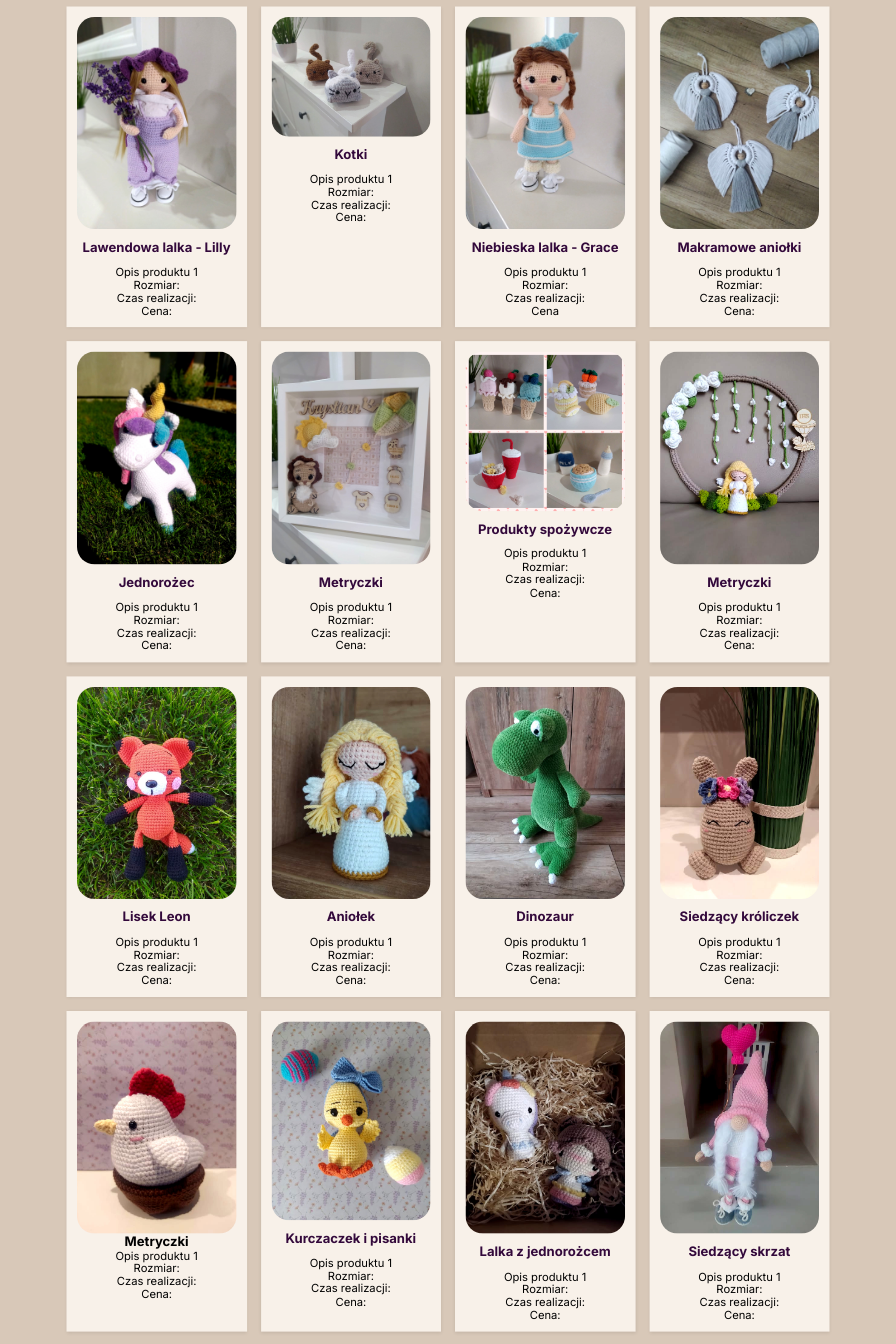
Repository: KlaudiaK0205/Craftoszet
Page: index.html
The author's editor kept a copy of each file at every save. The page is drawn from the files as they stood at one save, then again after the next save.
The browser window is 1280 px wide. The pictures show the part of the page from y = 2585 to 4505 px (the page is 6301 px tall), at 70% of full size.
Some web libraries are served in a nearby version. The style sheet was rebuilt from its Sass, Less or Tailwind sources for each picture, by a compiler version that may differ from the author's.

Above is the page before, as saved 2024-10-06 15:15:45.

### index.html
<!DOCTYPE html>
<html lang="en">
<head>
    <meta charset="UTF-8">
    <meta name="viewport" content="width=device-width, initial-scale=1.0">
    <title>Craftoszet</title>
    <!-- FAVICON -->
    <link rel="icon" href="./images/favicon.ico" type="image/x-icon">
    <link rel="icon" siezes="16x16" href="./images/favicon-16x16.png" type="image/png">
    <link rel="icon" siezes="32x32" href="./images/favicon-32x32.png" type="image/png">
    <!-- GOOGLE FONTS -->
    <link rel="preconnect" href="https://fonts.googleapis.com">
    <link rel="preconnect" href="https://fonts.gstatic.com" crossorigin>
    <link href="https://fonts.googleapis.com/css2?family=Inter:ital,opsz,wght@0,14..32,100..900;1,14..32,100..900&family=Sacramento&display=swap" rel="stylesheet">
    <!-- MODERN NORMALIZE -->
    <link rel="stylesheet" href="https://cdn.jsdelivr.net/npm/modern-normalize@3.0.1/modern-normalize.min.css">
    <!-- ANIMATE-->
    <link rel="stylesheet" href="https://cdnjs.cloudflare.com/ajax/libs/animate.css/4.1.1/animate.min.css"/>
    <!-- STYLES -->
    <link rel="stylesheet" href="./sass/main.css">
</head>
<body>
    <header>
        <div class="container">
            <div class="logo-box">
                <img class="logo-image" src="./images/logo.png" alt="a ball of wool">
            </div>
            <nav class="nav">
                <ul class="nav__list">
                    <li class="nav__list__item">
                        <a href="" class="nav__list__link">Home</a>
                    </li>
                    <li class="nav__list__item">
                        <a href="" class="nav__list__link">Czym się zajmuję?</a>
                    </li>
                    <li class="nav__list__item">
                        <a href="" class="nav__list__link">Jak zamówić?</a>
                    </li>
                    <li class="nav__list__item">
                        <a href="" class="nav__list__link">Moje projekty</a>
                    </li>
                </ul>
            </nav>

            <button class="orderBtn" type="button">Złóż zamówienie</button>
        </div>
    </header>

    <main>
        <section class="hero">
            <div class="container">
                <h1 class="hero__header">CRAFTOSZET</h1>
                <p class="hero__undertitle">Z pasji do włóczki – ręcznie tworzone z sercem</p>
                <button class="orderBtn" type="button">Złóż zamówienie</button>
            </div>
        </section>

        <section class="whatIDo">
            <div class="container">
                    <div class="whatIDo-images">
                        <img class="whatIDo-image" src="./images/projekty/fioletowa lalka.jpg" alt="fioletowa lalka z włóczki">
                        <img class="whatIDo-image" src="./images/projekty/króliczek.jpg" alt="króliczek w niebieskich spodenkach z włóczki">
                </div>
                <div class="whatIDo-description">
                    <h2 class="section-header">Czym się zajmuję?</h2>
                    <p class="section-text">Tworzę unikatowe, ręcznie robione ozdoby i maskotki na drutach, które łączą tradycję z nowoczesnym designem.
                        Każdy projekt powstaje z pasji i dbałości o najdrobniejsze detale.
                        Włóczka to mój materiał, z którego wyplatam radość i ciepło, tworząc wyjątkowe przedmioty, które cieszą nie tylko oko, ale również duszę.
                        Każda moja praca to małe dzieło sztuki, które wnosi do Twojego wnętrza niepowtarzalny klimat.
                        <p class="section-text2">Wierzę, że piękno tkwi w indywidualności i ręcznej pracy.</p>
                    <button class="orderBtn" type="button">Złóż zamówienie</button>
                </div>
            </div>
        </section>

        <section class="howOrder">
            <div class="container">
                <div>
                    <h2 class="section-header">Jak zamówić?</h2>
                    <ul class="howOrder__list">
                        <li class="howOrder__item">
                            <svg class="howOrder-icon">
                                <use href="./images/sprite.svg#icon-wool-ball"></use>
                            </svg>
                            Wybierz projekt
                        </li>
                        <li class="howOrder__item">
                            <svg class="howOrder-icon">
                                <use href="./images/sprite.svg#icon-wool-ball"></use>
                            </svg>
                            Wypełnij formularz "Złóż zamówienie"
                        </li>
                        <li class="howOrder__item">
                            <svg class="howOrder-icon">
                                <use href="./images/sprite.svg#icon-wool-ball"></use>
                            </svg>
                            Potwierdź swoje zamówienie
                        </li>
                        <li class="howOrder__item">
                            <svg class="howOrder-icon">
                                <use href="./images/sprite.svg#icon-wool-ball"></use>
                            </svg>
                            Zrelaksuj się czekając na swoje zamówienie
                        </li>
                    </ul>
                </div>
                <div>
                    <img class="howOrder-image" src="./images/howOrder.jpg" alt="">
                </div>

            </div>
            <button class="orderBtn" type="button">Złóż zamówienie</button>
        </section>

        <section class="myProjects">
            <div class="container">
                <div class="filters">
                    <h2 class="section-header">Moje projekty</h2>

                    <button class="filter-btn" data-category="all">Wszystkie</button>
                    <button class="filter-btn" data-category="toys">Pluszaki</button>
                    <button class="filter-btn" data-category="decoration">Ozdoby</button>
                    <button class="filter-btn" data-category="gifts">Na prezent</button>
                </div>

                <div class="products">
                    <div class="product-card" data-category="toys">
                        <img class="productImg" src="./images/projekty/fioletowa lalka.jpg" alt="lilac wood doll Lilly">
                        <h3 class="productName">Lawendowa lalka - Lilly</h3>
                        <p class="description">Opis produktu 1</p>
                        <p class="size">Rozmiar:</p>
                        <p class="productionTime">Czas realizacji:</p>
                        <p class="price">Cena:</p>
                    </div>
                    <div class="product-card" data-category="toys">
                        <img class="productImg" src="./images/projekty/kotki.jpg" alt="wood cats">
                        <h3 class="productName">Kotki</h3>
                        <p class="description">Opis produktu 1</p>
                        <p class="size">Rozmiar:</p>
                        <p class="productionTime">Czas realizacji:</p>
                        <p class="price">Cena:</p>
                    </div>
                    <div class="product-card" data-category="toys">
                        <img class="productImg" src="./images/projekty/niebieska laleczka 2.jpg" alt="blue wool doll Grace">
                        <h3 class="productName">Niebieska lalka - Grace</h3>
                        <p class="description">Opis produktu 1</p>
                        <p class="size">Rozmiar:</p>
                        <p class="productionTime">Czas realizacji:</p>
                        <p class="price">Cena</p>
                    </div>
                    <div class="product-card" data-category="decoration">
                        <img class="productImg" src="./images/projekty/aniołki na choinę.jpg" alt="">
                        <h3 class="productName">Makramowe aniołki</h3>
                        <p class="description">Opis produktu 1</p>
                        <p class="size">Rozmiar:</p>
                        <p class="productionTime">Czas realizacji:</p>
                        <p class="price">Cena:</p>
                    </div>
                    <div class="product-card" data-category="toys">
                        <img class="productImg" src="./images/projekty/jednorożec.jpg" alt="uniqorn">
                        <h3 class="productName">Jednorożec</h3>
                        <p class="description">Opis produktu 1</p>
                        <p class="size">Rozmiar:</p>
                        <p class="productionTime">Czas realizacji:</p>
                        <p class="price">Cena:</p>
                    </div>
                    <div class="product-card" data-category="gifts">
                        <img class="productImg" src="./images/projekty/metryczka 1.jpg" alt="">
                        <h3 class="productName">Metryczki</h3>
                        <p class="description">Opis produktu 1</p>
                        <p class="size">Rozmiar:</p>
                        <p class="productionTime">Czas realizacji:</p>
                        <p class="price">Cena:</p>
                    </div>
                    <div class="product-card" data-category="toys">
                        <img class="productImg" src="./images/projekty/jedzenie.jpg" alt="">
                        <h3 class="productName">Produkty spożywcze</h3>
                        <p class="description">Opis produktu 1</p>
                        <p class="size">Rozmiar:</p>
                        <p class="productionTime">Czas realizacji:</p>
                        <p class="price">Cena:</p>
                    </div>
                    <div class="product-card" data-category="gifts">
                        <img class="productImg" src="./images/projekty/pamiątka komunii.jpg" alt="">
                        <h3 class="productName">Metryczki</h3>
                        <p class="description">Opis produktu 1</p>
                        <p class="size">Rozmiar:</p>
                        <p class="productionTime">Czas realizacji:</p>
                        <p class="price">Cena:</p>
                    </div>
                    <div class="product-card" data-category="gifts">
                        <img class="productImg" src="./images/projekty/lisek.jpg" alt="wool fox">
                        <h3 class="productName">Lisek Leon</h3>
                        <p class="description">Opis produktu 1</p>
                        <p class="size">Rozmiar:</p>
                        <p class="productionTime">Czas realizacji:</p>
                        <p class="price">Cena:</p>
                    </div>
                    <div class="product-card" data-category="toys">
                        <img class="productImg" src="./images/projekty/aniołek.jpg" alt="wool angel">
                        <h3 class="productName">Aniołek</h3>
                        <p class="description">Opis produktu 1</p>
                        <p class="size">Rozmiar:</p>
                        <p class="productionTime">Czas realizacji:</p>
                        <p class="price">Cena:</p>
                    </div>
                    <div class="product-card" data-category="toys">
                        <img class="productImg" src="./images/projekty/dinozaur.jpg" alt="">
                        <h3 class="productName">Dinozaur</h3>
                        <p class="description">Opis produktu 1</p>
                        <p class="size">Rozmiar:</p>
                        <p class="productionTime">Czas realizacji:</p>
                        <p class="price">Cena:</p>
                    </div>
                    <div class="product-card" data-category="toys">
                        <img class="productImg" src="./images/projekty/siedzący króliczek.jpg" alt="">
                        <h3 class="productName">Siedzący króliczek</h3>
                        <p class="description">Opis produktu 1</p>
                        <p class="size">Rozmiar:</p>
                        <p class="productionTime">Czas realizacji:</p>
                        <p class="price">Cena:</p>
                    </div>
                    <div class="product-card" data-category="toys">
                        <img class="productImg" src="./images/projekty/kurka.jpg" alt="">
                        <h3 class="Kurka Hania">Metryczki</h3>
                        <p class="description">Opis produktu 1</p>
                        <p class="size">Rozmiar:</p>
                        <p class="productionTime">Czas realizacji:</p>
                        <p class="price">Cena:</p>
                    </div>
                    <div class="product-card" data-category="toys">
                        <img class="productImg" src="./images/projekty/kurczaczek i pisanki.jpg" alt="">
                        <h3 class="productName">Kurczaczek i pisanki</h3>
                        <p class="description">Opis produktu 1</p>
                        <p class="size">Rozmiar:</p>
                        <p class="productionTime">Czas realizacji:</p>
                        <p class="price">Cena:</p>
                    </div>
                    <div class="product-card" data-category="toys">
                        <img class="productImg" src="./images/projekty/dziewczynka z jednorożcem.jpg" alt="">
                        <h3 class="productName">Lalka z jednorożcem</h3>
                        <p class="description">Opis produktu 1</p>
                        <p class="size">Rozmiar:</p>
                        <p class="productionTime">Czas realizacji:</p>
                        <p class="price">Cena:</p>
                    </div>
                    <div class="product-card" data-category="decoration">
                        <img class="productImg" src="./images/projekty/skrzat.jpg" alt="">
                        <h3 class="productName">Siedzący skrzat</h3>
                        <p class="description">Opis produktu 1</p>
                        <p class="size">Rozmiar:</p>
                        <p class="productionTime">Czas realizacji:</p>
                        <p class="price">Cena:</p>
                    </div>
                    <div class="product-card" data-category="toys">
                        <img class="productImg" src="./images/projekty/elfki.jpg" alt="">
                        <h3 class="productName">Elfy</h3>
                        <p class="description">Opis produktu 1</p>
                        <p class="size">Rozmiar:</p>
                        <p class="productionTime">Czas realizacji:</p>
                        <p class="price">Cena:</p>
                    </div>

                <div class="product-card" data-category="decoration">
                    <img class="productImg" src="./images/projekty/laleczka na choinkę.jpg" alt="">
                    <h3 class="productName">Czerwona laleczka na choinkę</h3>
                    <p class="description">Opis produktu 1</p>
                    <p class="size">Rozmiar:</p>
                    <p class="productionTime">Czas realizacji:</p>
                    <p class="price">Cena:</p>
                </div>
                <div class="product-card" data-category="decoration">
                    <img class="productImg" src="./images/projekty/laleczka na choinkę 2.jpg" alt="">
                    <h3 class="productName">Niebieska laleczka na choinkę</h3>
                    <p class="description">Opis produktu 1</p>
                    <p class="size">Rozmiar:</p>
                    <p class="productionTime">Czas realizacji:</p>
                    <p class="price">Cena:</p>
                </div>
                <div class="product-card" data-category="decoration">
                    <img class="productImg" src="./images/projekty/czerwone bombki.jpg" alt="">
                    <h3 class="productName">Zawieszki na choinkę</h3>
                    <p class="description">Opis produktu 1</p>
                    <p class="size">Rozmiar:</p>
                    <p class="productionTime">Czas realizacji:</p>
                    <p class="price">Cena:</p>
                </div>
                <div class="product-card" data-category="toys">
                    <img class="productImg" src="./images/projekty/mikołaj i pani mikołajowa.jpg" alt="">
                    <h3 class="productName">Mikołajkowa ekipa</h3>
                    <p class="description">Opis produktu 1</p>
                    <p class="size">Rozmiar:</p>
                    <p class="productionTime">Czas realizacji:</p>
                    <p class="price">Cena:</p>
                </div>
                <div class="product-card" data-category="toys">
                    <img class="productImg" src="./images/projekty/bałwanki.jpg" alt="">
                    <h3 class="productName">Bałwanek</h3>
                    <p class="description">Opis produktu 1</p>
                    <p class="size">Rozmiar:</p>
                    <p class="productionTime">Czas realizacji:</p>
                    <p class="price">Cena:</p>
                </div>
                <div class="product-card" data-category="toys">
                    <img class="productImg" src="./images/projekty/krasnale i choinka.jpg" alt="">
                    <h3 class="productName">Świąteczny zestaw</h3>
                    <p class="description">Opis produktu 1</p>
                    <p class="size">Rozmiar:</p>
                    <p class="productionTime">Czas realizacji:</p>
                    <p class="price">Cena:</p>
                </div>
                <div class="product-card" data-category="toys">
                    <img class="productImg" src="./images/projekty/jeż i żołędzie.jpg" alt="">
                    <h3 class="productName">Jeż i żołędzie</h3>
                    <p class="description">Opis produktu 1</p>
                    <p class="size">Rozmiar:</p>
                    <p class="productionTime">Czas realizacji:</p>
                    <p class="price">Cena:</p>
                </div>
                <div class="product-card" data-category="toys">
                    <img class="productImg" src="./images/projekty/króliczek.jpg" alt="">
                    <h3 class="productName">Króliczek</h3>
                    <p class="description">Opis produktu 1</p>
                    <p class="size">Rozmiar:</p>
                    <p class="productionTime">Czas realizacji:</p>
                    <p class="price">Cena:</p>
                </div>
                <div class="product-card" data-category="toys">
                    <img class="productImg" src="./images/projekty/owieczka.jpg" alt="">
                    <h3 class="productName">Owieczka Ola</h3>
                    <p class="description">Opis produktu 1</p>
                    <p class="size">Rozmiar:</p>
                    <p class="productionTime">Czas realizacji:</p>
                    <p class="price">Cena:</p>
                </div>
                <div class="product-card" data-category="toys">
                    <img class="productImg" src="./images/projekty/księżniczki disneya.jpg" alt="">
                    <h3 class="productName">Księżniczki Disney'a</h3>
                    <p class="description">Opis produktu 1</p>
                    <p class="size">Rozmiar:</p>
                    <p class="productionTime">Czas realizacji:</p>
                    <p class="price">Cena:</p>
                </div>
                <div class="product-card" data-category="gifts">
                    <img class="productImg" src="./images/projekty/maskotki.jpg" alt="">
                    <h3 class="productName">Piesek Cookie</h3>
                    <p class="description">Opis produktu 1</p>
                    <p class="size">Rozmiar:</p>
                    <p class="productionTime">Czas realizacji:</p>
                    <p class="price">Cena:</p>
                </div>
                <div class="product-card" data-category="gifts">
                    <img class="productImg" src="./images/projekty/harry potter team.jpg" alt="">
                    <h3 class="productName">Harry Potter Team</h3>
                    <p class="description">Opis produktu 1</p>
                    <p class="size">Rozmiar:</p>
                    <p class="productionTime">Czas realizacji:</p>
                    <p class="price">Cena:</p>
                </div>
                </div>
            </div>
        </section>
    </main>
    <footer></footer>
</body>
</html>

### sass/main.scss
@import './base/common';
@import './base/container';

@import './components/icons';
@import './components/logo';
@import './components/orderBtn';

@import './layout/header';
@import './layout/hero';
@import './layout/howOrder';
@import './layout/myProducts';
@import './layout/whatIDo';

@import './utils/variables';

### sass/components/_icons.scss
.howOrder-icon {
    width: 40px;
    height: 40px;
    fill: var(--brandColor)
}

### sass/components/_orderBtn.scss
.orderBtn {
    font-size: 20px;
    color: var(--mainColor);
    background-color: var(--brandColor);
    border: none;
    border-radius: 25px;
    margin-left: auto;
    padding: 15px 25px;

    &:hover,
    :focus {
        animation: scale-up-center 0.5s cubic-bezier(0.390, 0.575, 0.565, 1.000) both;
    }
}

//animations
@keyframes scale-up-center {
    0% {
        transform: scale(1);
    }
    100% {
        transform: scale(1.2);
    }
}

### sass/layout/_myProducts.scss
.myProducts {


}

.myProducts .container {


}

.product-gallery {
    padding: 20px;
}

.filters {
    margin-bottom: 20px;
    text-align: center;
}

.filter-btn {
    margin-right: 10px;
    padding: 10px 15px;
    background-color: var(--brandColor);
    color: white;
    border: none;
    border-radius: 25px;
    cursor: pointer;
}

.filter-btn:hover {
    box-shadow: 2px 2px black;
}

.products {
    display: flex;
    flex-wrap: wrap;
}

.product-card {
    background-color: #f8f1e9;
    padding: 15px;
    margin: 10px;
    width: calc(25% - 20px); /* 4 karty w wierszu */
    box-shadow: 0 2px 5px rgba(0, 0, 0, 0.1);
    text-align: center;
}

.productImg {
    width: 400px;
    border-radius: 25px;
}

.productName {
    padding: 15px 0;
    color: var(--brandColor);

}


.description,
.size,
.productionTime,
.price {
    color: var(--section);
}
.size {
}
.productionTime {
}
.price {
}

### sass/utils/_variables.scss
:root {
    --main-font: 'Inter' , sans-serif;
    --decorative-font: 'Sacramento', sans-serif;
    --textColor: #ECEBEB;
    --mainColor: #E2DDD9;
    --textShadow: #A8a39d;
    --sectionTextColor: #8D7966;
    --brandColor: #33093b;
    --bgColor: #D8C8B8;
}

// #A8a39d
//#f8f1e9

Loaded but not shown: sass/layout/_whatIDo.scss (60 lines, source omitted); sass/base/_container.scss (35 lines, source omitted); sass/layout/_hero.scss (37 lines, source omitted); sass/components/_logo.scss (29 lines, source omitted); sass/layout/_howOrder.scss (38 lines, source omitted); sass/layout/_header.scss (38 lines, source omitted); sass/base/_common.scss (51 lines, source omitted)

After the next save:
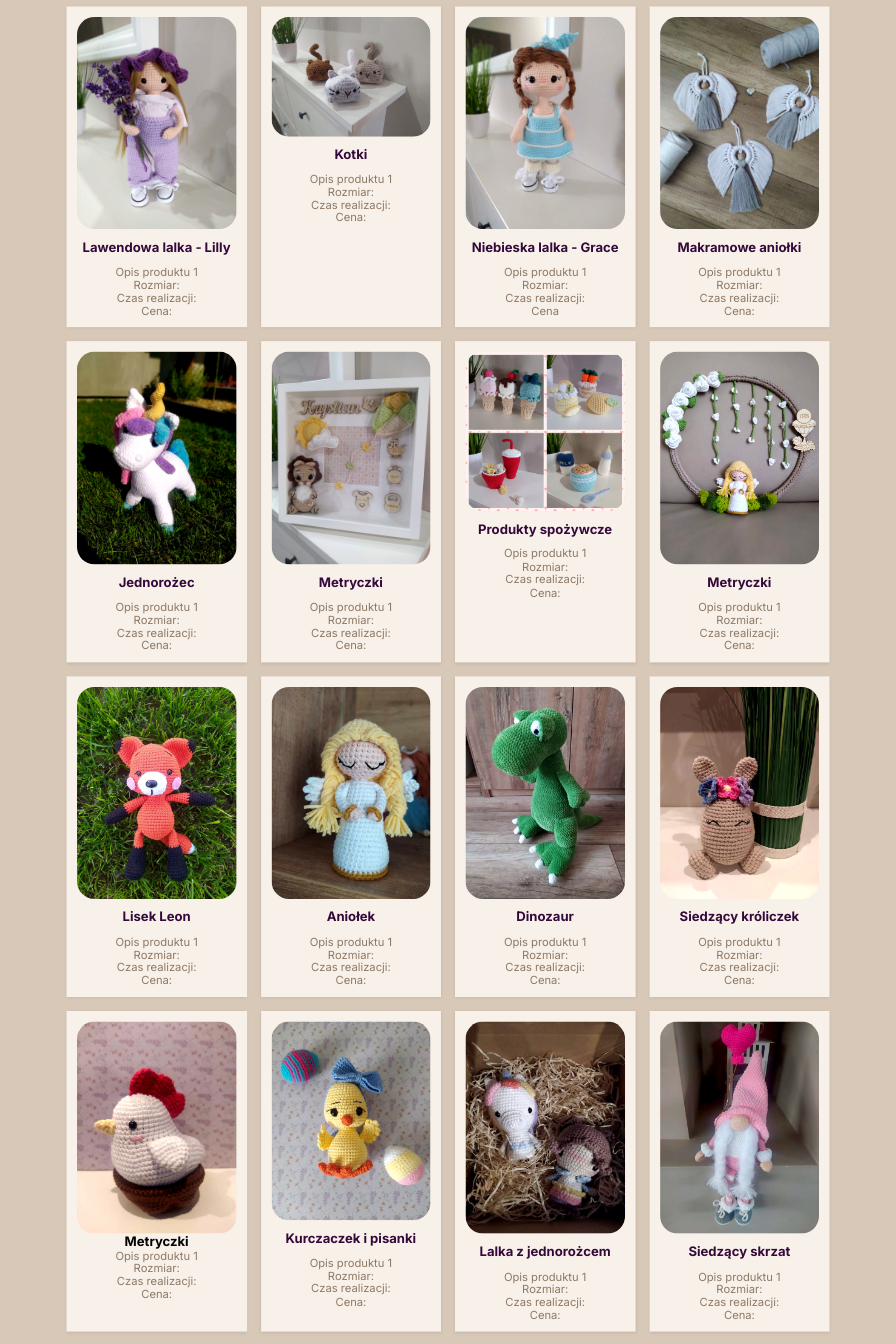
Saved 4 s later.
--- a/sass/layout/_myProducts.scss
+++ b/sass/layout/_myProducts.scss
@@ -61,7 +61,7 @@
 .size,
 .productionTime,
 .price {
-    color: var(--section);
+    color: var(--sectionTextColor);
 }
 .size {
 }
